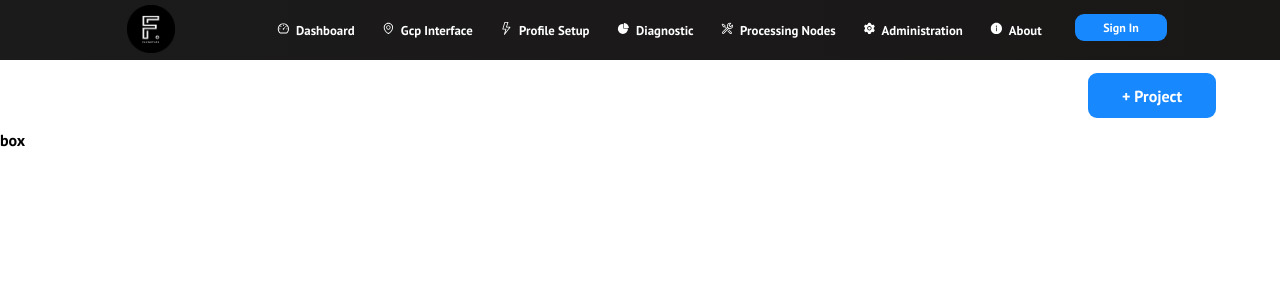
Repository: Akshaykumar1111/akki
Page: /Dashboard
The author's editor kept a copy of each file at every save. The page is drawn from the files as they stood at one save, then again after the next save.
The browser window is 1280 px wide. The pictures show the whole page.
Some web libraries are served in a nearby version. The project was rebuilt for these pictures with package versions that can differ from the ones it lists, and the page was loaded fresh each time. Also part of the build but not shown: src/components/pages/Administration.css, src/components/pages/Administration.js, src/components/pages/Diagnostic.js, src/components/pages/ProfileSetup.js, src/components/pages/GcpInterface.js, src/components/pages/ProcessingNodes.js, src/components/pages/About.js, src/components/pages/Popup.css and 7 more.

Above is the page before, as saved 2022-10-20 10:04:47.

After the next save:
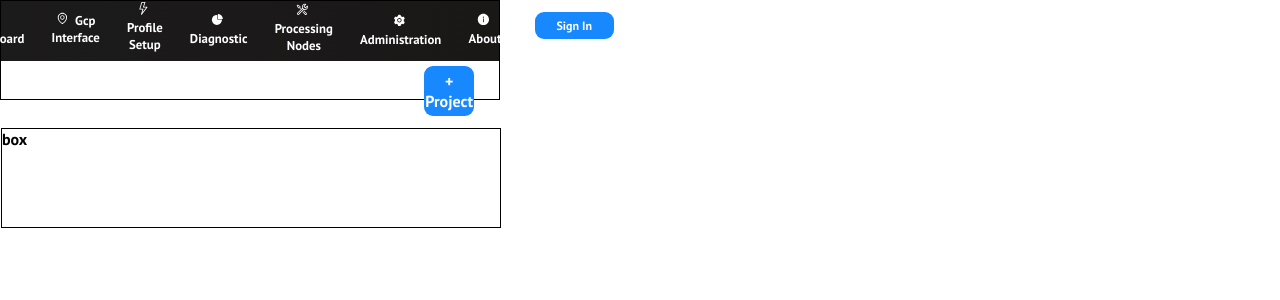
Saved 67 s later.
--- a/src/components/pages/Dashboard.css
+++ b/src/components/pages/Dashboard.css
@@ -1,6 +1,6 @@
 div{
-    width:500px
-    height:100px
-    border:1px solid black
-   background: transparent
+    width : 500px ;
+    height : 100px;
+    border:1px solid black;
+    background: transparent;
  }
